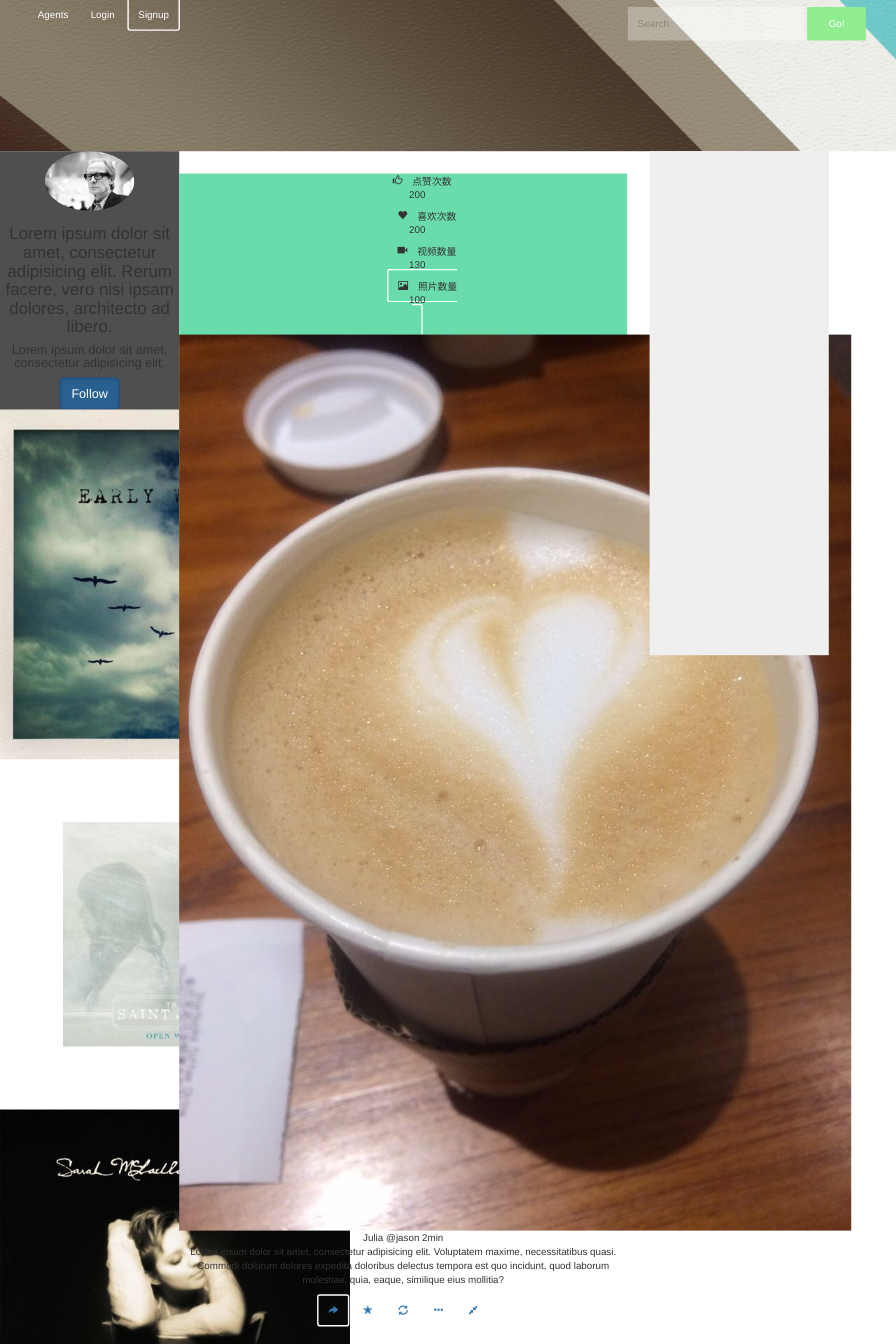
Repository: JasonBour/Beautypedia
Page: http://localhost/profile.php
These files come from the project's save history. The page is drawn as it stood at one moment and after the next save; the edit follows.
The browser window is 1280 px wide. The pictures show the part of the page from y = 0 to 1920 px (the page is 4585 px tall), at 70% of full size.
The page is run by PHP 8.4 with error messages shown; the project is at /var/www/html/.

Above is the page before, as saved 2015-09-16 12:57:29.

### Beautypedia/profile.php
<?php



?>

<html>

<head>
<!-- personal page-->
<title></title>
<meta charset="utf-8">
<link rel="stylesheet" type="text/css" href="./css/profile.css">
 <link rel="stylesheet" type="text/css" href="./css/bootstrap.min.css">
</head>

<body >
<div class="head" style="background: url('images/image_head.png');">
<section style="display:inline;float:left;">
  <header>
   <ul style="color: white">
    <li  class="header" style="list-style-type: none;display:inline;">Agents</li>
    <li class="header" style="list-style-type: none;display:inline;">Login</li>
    <li class="header" style="list-style-type: none;display:inline;">Signup</li>
   </ul>
  </header>


</section>


<form action="" style="display:inline;float:left;"><input type="text" placeholder="Search" class="search">
<input type="button" class="go" value="Go!" style="color: white">
</form>

</div>


<div class="left-profile">

<img alt="" src="./images/head.jpg" class="img-circle head" style="width: 50%;height: auto"><!-- headimage circle -->


<!-- text here -->
<h3>Lorem ipsum dolor sit amet, consectetur adipisicing elit. Rerum facere, vero nisi ipsam dolores, architecto ad libero.  </h3>
<h4>Lorem ipsum dolor sit amet, consectetur adipisicing elit.</h4>

<a href="#" class="btn btn-primary btn-lg active follow" role="button">Follow</a>

<div class="image-display">
	<p class="image_contain">
		<img src="images/808141046465970.jpg_500x500xundefined.jpg" class="image-display">
	     <img src="images/1274333976681636.jpg_500x500xundefined.jpg" class="image-display">
	     <img src="images/2540971371971260.jpg_500x500xundefined.jpg" class="image-display">
	</p>
    <p class="image_contain">
    	<img src="images/3234763209241135.jpg_500x500xundefined.jpg" class="image-display">
    	<img src="images/6619063297746674624.jpg" class="image-display">
    	<img src="images/6630305804141019376.jpg" class="image-display">
    </p>
    <p class="image_contain">
    	<img src="images/6630309102676568298.jpg" class="image-display">
    	<img src="images/6630750006839844164.jpg" class="image-display">
    	<img src="images/jason.jpg" class="image-display">
    </p>
</div>



</div>


<div class="center-news">

<div class="head-info">
<section class="number">
	<ul>
		<li class="item">
			<span class="glyphicon glyphicon-thumbs-up" aria-hidden="true" >
             <font style="font-family:'Open Sans', Helvetica, Arial, sans-serif;">点赞次数</font>
             </span>
             <p>
             	200
             </p>

		</li>


		 <li class="item">
		 	<span class="glyphicon glyphicon-heart" aria-hidden="true" >
             <font style="font-family:'Open Sans', Helvetica, Arial, sans-serif;">喜欢次数</font>
             </span>
             <p>
             	200
             </p>
		 </li >

        <li class="item">
		 	<span class="glyphicon glyphicon-facetime-video" aria-hidden="true" >
             <font style="font-family:'Open Sans', Helvetica, Arial, sans-serif;">视频数量</font>
             </span>
             <p>
             	130
             </p>
		 </li >

		  <li class="item">
		 	<span class="glyphicon glyphicon-picture" aria-hidden="true" >
             <font style="font-family:'Open Sans', Helvetica, Arial, sans-serif;">照片数量</font>
             </span>
             <p>
             	100
             </p>
		 </li >




	</ul>
</section>


</div> <!-- this is the lastest news number for users  -->
<div class="divide">

</div>
<div class="real-content">

<article class="post">
	<img src="images/avator.jpg" class="avator">
    <section class="content">
     <header class="span">
     	<span class="name">Julia</span>
        <span class="account">@jason </span>
        <span class="time"> 2min</span>
     </header>
     <p class="tweet">Lorem ipsum dolor sit amet, consectetur adipisicing elit. Voluptatem maxime, necessitatibus quasi. Commodi dolorum dolores expedita doloribus delectus tempora est quo incidunt, quod laborum molestiae, quia, eaque, similique eius mollitia?</p>
  <footer>
  	<nav>
  		<a href="" class="icon"><li class="glyphicon glyphicon-share-alt"></li></a>
        <a href="" class="icon"><li class="glyphicon glyphicon-star"> </li></a>
        <a href="" class="icon"><li class="glyphicon glyphicon-refresh"></li></a>
  	    <a href="" class="icon"><li class="glyphicon glyphicon-option-horizontal"></li></a>
  	    <a href="" class="icon"><li class="glyphicon glyphicon-resize-small"></li></a>
  	</nav>

  </footer>

    </section>
</article>



</div>
</div>


<div class="news"></div>


</body>

</html>

### Beautypedia/css/profile.css
@CHARSET "UTF-8";
body{
	font-family:lucida console, sans-serif;
	font-size:52.5%;
	text-align:center;

}


div.head{
	padding-top:10px;
	height:30%;
	width:100%;
    float:left;

}

form{
    margin-left:50%;
	padding:2em 0 43m 0;

}
input.search{
	padding:1em;
	border:0;
	width:18em;
	border-radius:2px 0 0 2px;
	opacity:.3;
}
input.go{

	padding:1em;
	border:0;
	width:6em;
	border-radius:0 2px  2px 0 ;
	background-color:lightgreen;
}



div.left-profile{
  float:left;
	display:inline;
	width:20%;
   background-color:#4f4f4f;
	height:100%;

}

div.center-news{
	margin:2.5%  2.5% 5% 0;
	float:left;
    display:inline;
    width:50%;
    background-color:#6adcac;
	height:100%;
}

div.news{
	float:left;
  width:20%;
	height:100%;
	background-color:#efefef;
}



header{
	ul{
	float:left;

     }




}
li{
      display:inline;!unless
	  float:left;!unless
	  margin:0.5em 1em;
	  padding:1em;

      }

 li:last-child{
	border: 2px solid #FFFFFF;
 	border-radius:4px 4px 4px 4px;
 }

h3{
	font-size:2em;
}

Loaded but not shown: Beautypedia/css/bootstrap.min.css (library)

After the next save:
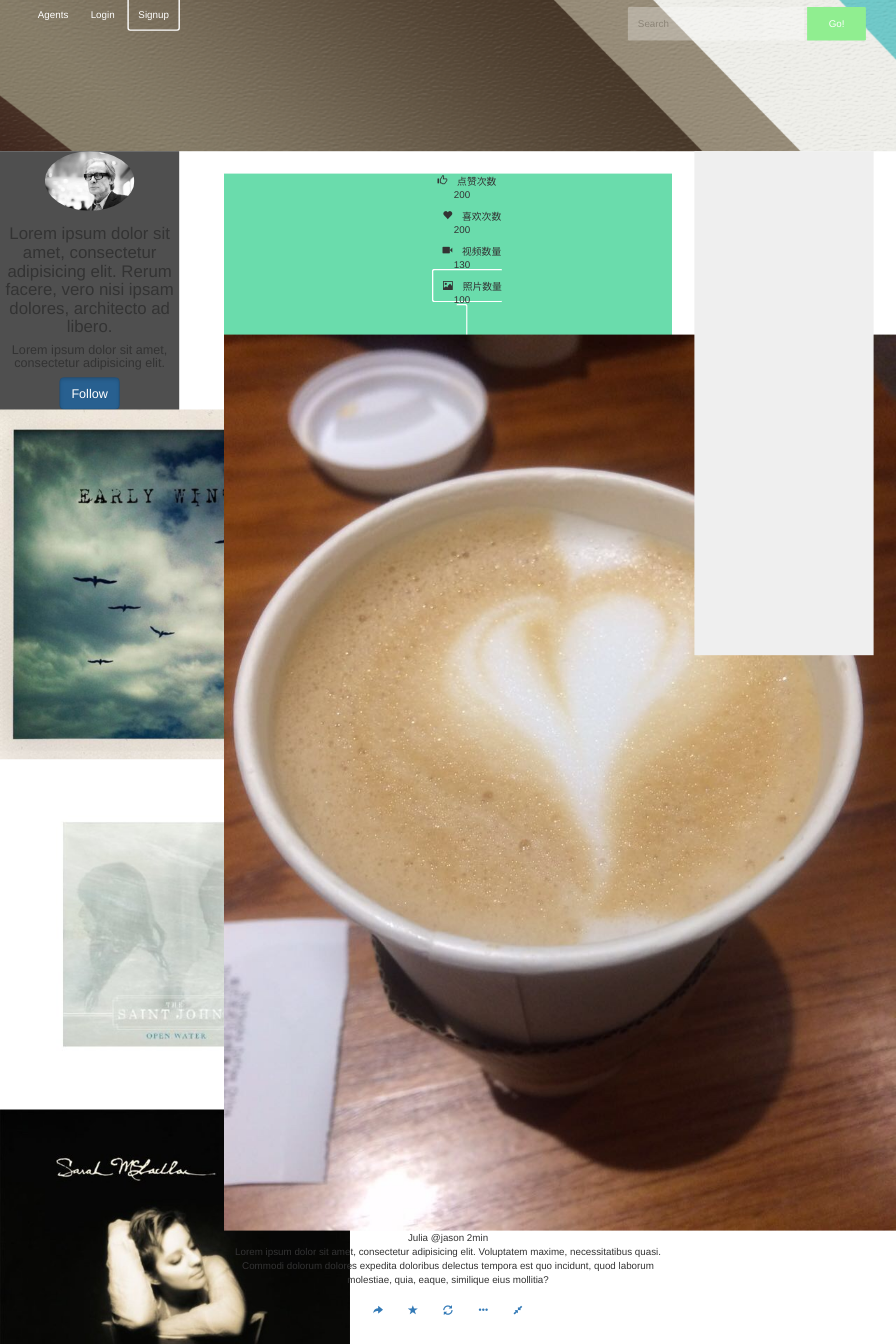
Saved 17 s later.
--- a/Beautypedia/css/profile.css
+++ b/Beautypedia/css/profile.css
@@ -44,7 +44,7 @@ div.left-profile{
 	width:20%;
    background-color:#4f4f4f;
 	height:100%;
-
+   margin-right:5%;
 }
 
 div.center-news{
